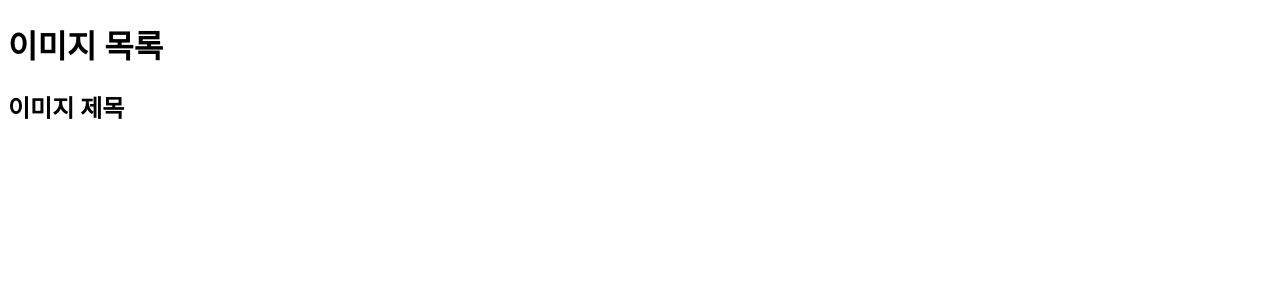
Repository: ExiNni/Travel-Project
Page: http://localhost/image/imageList.jsp
An editor plug-in stored every save of this project. The page is shown before and after the next save, followed by the edit.
The browser window is 1280 px wide. The pictures show the whole page.
The page is served by Tomcat 9.

Above is the page before, as saved 2023-11-10 01:28:00.

After the next save:
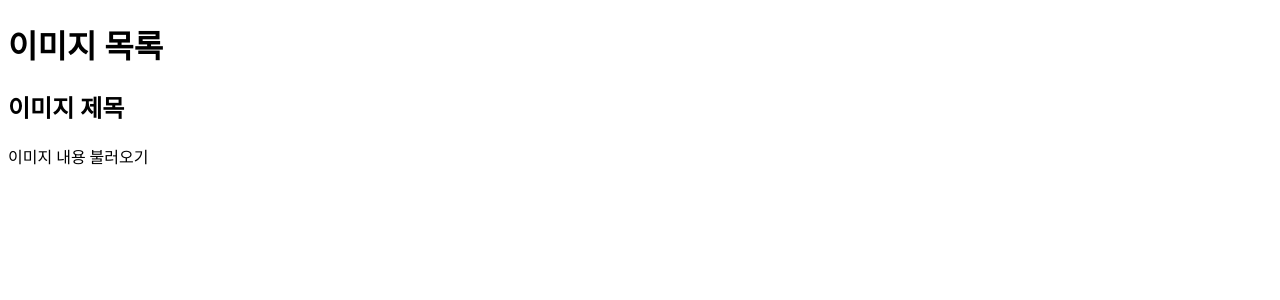
Saved 19 s later.
--- a/image/src/main/webapp/imageList.jsp
+++ b/image/src/main/webapp/imageList.jsp
@@ -9,6 +9,7 @@
 <body>
 	<h1>이미지 목록</h1>
 	<h2>이미지 제목</h2>
+	<p>이미지 내용 불러오기</p>
 	<img alt="" src="">
 </body>
 </html>
